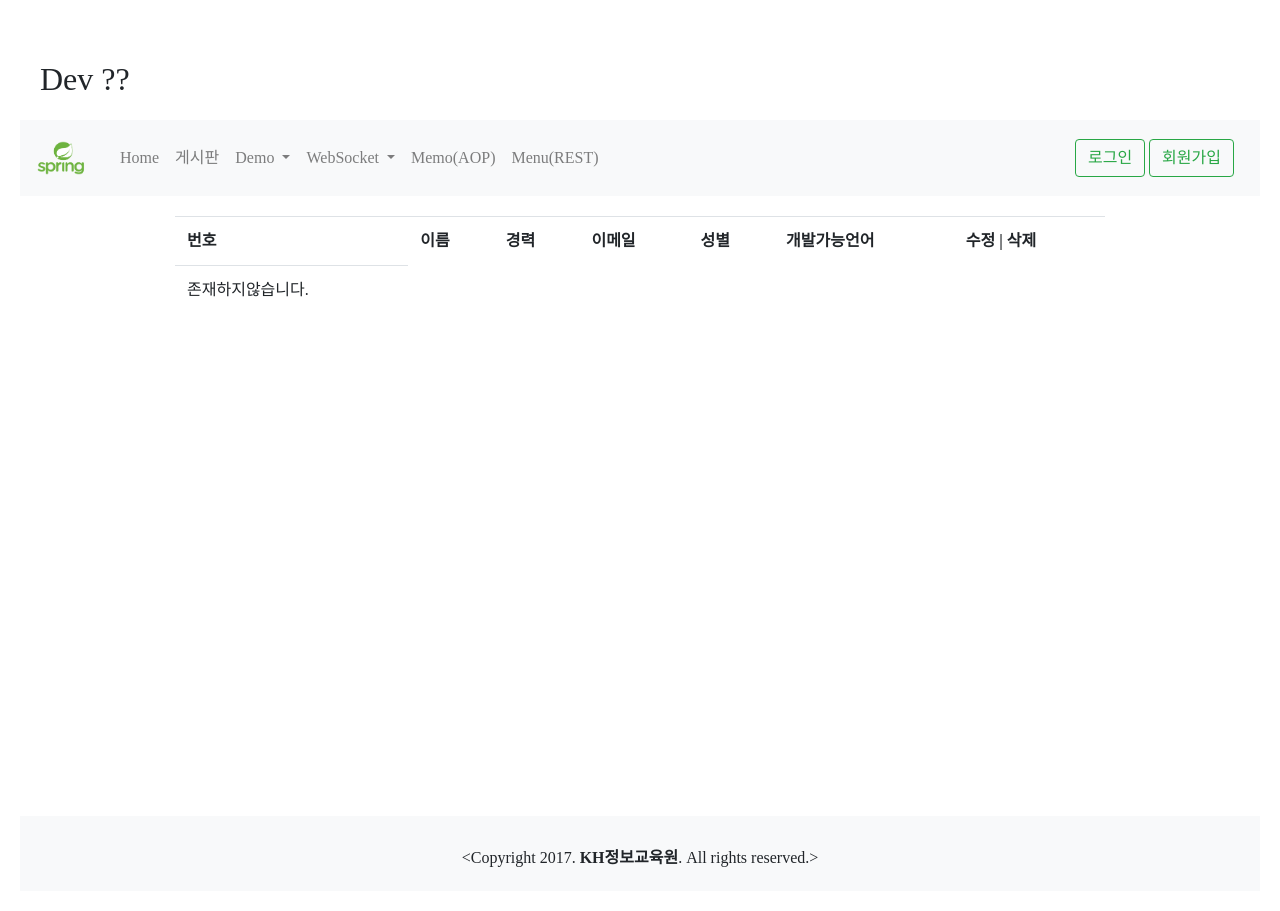
Repository: jsungl/SPRING-WORKSPACE
Page: http://localhost/hello-spring/WEB-INF/views/demo/devList.jsp
These files come from the project's save history. The page is drawn as it stood at one moment and after the next save; the edit follows.
The browser window is 1280 px wide. The pictures show the whole page.
The page is served by Tomcat 9. Nobody is signed in. Other server files are loaded and not shown. The template is opened directly, without the code that normally fills it, so the values that code supplies are empty.

Above is the page before, as saved 2021-05-18 15:11:40.

### hello-spring/src/main/webapp/WEB-INF/views/demo/devList.jsp
<%@ page language="java" contentType="text/html; charset=UTF-8"
    pageEncoding="UTF-8"%>
<%@ taglib prefix="c" uri="http://java.sun.com/jsp/jstl/core"%>
<%@ taglib prefix="fmt" uri="http://java.sun.com/jsp/jstl/fmt"%>
<%@ taglib prefix="fn" uri="http://java.sun.com/jsp/jstl/functions"%>
<jsp:include page="/WEB-INF/views/common/header.jsp">
	<jsp:param value="Dev 목록" name="title"/>
</jsp:include>
<table class="table w-75 mx-auto">
    <tr>
      <th scope="col">번호</th>
      <th scope="col">이름</th>
      <th scope="col">경력</th>
      <th scope="col">이메일</th>
      <th scope="col">성별</th>
      <th scope="col">개발가능언어</th>
      <th scope="col">수정 | 삭제</th>
    </tr>

   <c:if test="${empty list}">
   	<td>존재하지않습니다.</td>
   </c:if>

   <c:if test="${not empty list}">
	   <c:forEach items="${list}" var="dev">
	   	<tr>
	   		<td scope="row">${dev.no}</td>
	   		<td>${dev.name}</td>
	   		<td>${dev.career}</td>
	   		<td>${dev.email}</td>
	   		<td>${dev.gender}</td>
	   		<td>
	   			<c:forEach items="${dev.lang}" var="lang" varStatus="vs">
	   				${lang}${vs.last ? "" : ","}
	   			</c:forEach>
	   		</td>
	   		<td>
	   			<button class="btn btn-outline-secondary" onclick="updateDev(this);" data-no="${dev.no}">수정</button>
	   			<button class="btn btn-outline-danger" onclick="deleteDev(this);" data-no="${dev.no}">삭제</button>
	   		</td>
	   	</tr>
	   </c:forEach>
   </c:if>



</table>
<form id="deleteFrm">
	<input type="hidden" name="no" />
</form>

<script>
	function updateDev() {
		//GET방식 /demo/updateDev?no=123 ---> devUpdateForm.jsp
		//POST  /demo/updateDev ---> redirect:/demo/devList.do


	}

	function deleteDev(e) {
		//POST  /demo/deleteDev.do ---> redirect:/demo/devList.do
		var no = $(e).data("no");
		var $deleteFrm = $("#deleteFrm");
		$deleteFrm.attr("action","${pageContext.request.contextPath}/demo/deleteDev.do")
			   	  .attr("method","POST")
			   	  .find("[name=no]").val(no);
		$deleteFrm.submit();
	}


</script>
<jsp:include page="/WEB-INF/views/common/footer.jsp"></jsp:include>

### hello-spring/src/main/webapp/WEB-INF/views/common/header.jsp
<%@ page language="java" contentType="text/html; charset=UTF-8"
    pageEncoding="UTF-8"%>
<%@ taglib prefix="c" uri="http://java.sun.com/jsp/jstl/core"%>
<%@ taglib prefix="fmt" uri="http://java.sun.com/jsp/jstl/fmt"%>
<%@ taglib prefix="fn" uri="http://java.sun.com/jsp/jstl/functions"%>
<!DOCTYPE html>
<html>
<head>
<meta charset="UTF-8">
<title>${param.title}</title>

<script src="http://code.jquery.com/jquery-latest.min.js"></script>

<!-- bootstrap js: jquery load 이후에 작성할것.-->
<script src="https://cdnjs.cloudflare.com/ajax/libs/popper.js/1.14.3/umd/popper.min.js" integrity="sha384-ZMP7rVo3mIykV+2+9J3UJ46jBk0WLaUAdn689aCwoqbBJiSnjAK/l8WvCWPIPm49" crossorigin="anonymous"></script>
<script src="https://stackpath.bootstrapcdn.com/bootstrap/4.1.3/js/bootstrap.min.js" integrity="sha384-ChfqqxuZUCnJSK3+MXmPNIyE6ZbWh2IMqE241rYiqJxyMiZ6OW/JmZQ5stwEULTy" crossorigin="anonymous"></script>

<!-- bootstrap css -->
<link rel="stylesheet" href="https://stackpath.bootstrapcdn.com/bootstrap/4.1.0/css/bootstrap.min.css" integrity="sha384-9gVQ4dYFwwWSjIDZnLEWnxCjeSWFphJiwGPXr1jddIhOegiu1FwO5qRGvFXOdJZ4" crossorigin="anonymous">

<!-- 사용자작성 css -->
<link rel="stylesheet" href="${pageContext.request.contextPath }/resources/css/style.css" />

<%-- <c:if test="${not empty msg}">
<script>
	alert("${msg}");
</script>

</c:if> --%>

</head>
<body>
<div id="container">
	<header>
		<div id="header-container">
			<h2>${param.title}</h2>
		</div>
		<!-- https://getbootstrap.com/docs/4.0/components/navbar/ -->
		<nav class="navbar navbar-expand-lg navbar-light bg-light">
			<a class="navbar-brand" href="#">
				<img src="${pageContext.request.contextPath }/resources/images/logo-spring.png" alt="스프링로고" width="50px" />
			</a>
			<button class="navbar-toggler" type="button" data-toggle="collapse" data-target="#navbarNav" aria-controls="navbarNav" aria-expanded="false" aria-label="Toggle navigation">
				<span class="navbar-toggler-icon"></span>
		  	</button>
			<div class="collapse navbar-collapse" id="navbarNav">
				<ul class="navbar-nav mr-auto">
			    	<li class="nav-item"><a class="nav-link" href="${pageContext.request.contextPath}">Home</a></li>
                    <li class="nav-item"><a class="nav-link" href="${pageContext.request.contextPath}/board/boardList.do">게시판</a></li>
                    <!-- 데모메뉴 DropDown -->
                    <!--https://getbootstrap.com/docs/4.1/components/navbar/#supported-content-->
                    <li class="nav-item dropdown">
                        <a class="nav-link dropdown-toggle" href="#" id="navbarDropdown" role="button" data-toggle="dropdown" aria-haspopup="true" aria-expanded="false">
                            Demo
                        </a>
                        <div class="dropdown-menu" aria-labelledby="navbarDropdown">
                            <a class="dropdown-item" href="${pageContext.request.contextPath}/demo/devForm.do">Dev 등록</a>
                            <a class="dropdown-item" href="${pageContext.request.contextPath}/demo/devList.do">Dev 목록</a>
                        </div>
				    </li>
				    <!-- 웹소켓 -->
				    <li class="nav-item dropdown">
                        <a class="nav-link dropdown-toggle" href="#" id="navbarDropdown" role="button" data-toggle="dropdown" aria-haspopup="true" aria-expanded="false">
                            WebSocket
                        </a>
                        <div class="dropdown-menu" aria-labelledby="navbarDropdown">
                            <a class="dropdown-item" href="${pageContext.request.contextPath}/ws/websocket.do">WebSocket</a>
                            <a class="dropdown-item" href="${pageContext.request.contextPath}/ws/sockjs.do">Sock.js</a>
                            <a class="dropdown-item" href="${pageContext.request.contextPath}/ws/stomp.do">Stomp</a>
                        </div>
				    </li>
				    <li class="nav-item"><a class="nav-link" href="${pageContext.request.contextPath}/memo/memo.do">Memo(AOP)</a></li>
				    <li class="nav-item"><a class="nav-link" href="${pageContext.request.contextPath}/menu/menu.do">Menu(REST)</a></li>
			    </ul>
			    <c:if test="${loginMember == null}">
			    <%-- 로그인 이전 --%>
			    <button class="btn btn-outline-success my-2 my-sm-0" type="button" onclick="location.href='${pageContext.request.contextPath}/member/memberLogin.do';">
			    	로그인
			    </button>
                &nbsp;
                <button class="btn btn-outline-success my-2 my-sm-0" type="button" onclick="location.href='${pageContext.request.contextPath}/member/memberEnroll.do';">
                	회원가입
                </button>
                </c:if>
                <c:if test="${loginMember != null}">
                <%-- 로그인 이후 --%>
			    <span><a href="${pageContext.request.contextPath}/member/memberDetail.do">${loginMember.name}</a>님, 안녕하세요</span>
			    &nbsp;
			    <button
			    	class="btn btn-outline-success my-2 my-sm-0"
			    	onclick="location.href='${pageContext.request.contextPath}/member/memberLogout.do';"
			    	type="button" >로그아웃</button>
			    </c:if>
			 </div>
		</nav>
	</header>
	<section id="content">
	<c:if test="${not empty msg}">
		<div class="alert alert-warning alert-dismissible fade show" role="alert">
		  <strong>${msg}</strong>
		  <button type="button" class="close" data-dismiss="alert" aria-label="Close">
		    <span aria-hidden="true">&times;</span>
		  </button>
		</div>
	</c:if>

### hello-spring/src/main/webapp/WEB-INF/views/common/footer.jsp
<%@ page language="java" contentType="text/html; charset=UTF-8"
    pageEncoding="UTF-8"%>
</section>
	<footer>
		<p>&lt;Copyright 2017. <strong>KH정보교육원</strong>. All rights reserved.&gt;</p>
	</footer>

</div>
</body>
</html>

### hello-spring/src/main/webapp/resources/css/style.css
@CHARSET "UTF-8";
body {font-family:"휴먼모음T";}
div, section, header, aside, footer {padding:10px;}

/********** 전체컨테이너 **********/
div#container	{}

/********** header **********/
header div#header-container {height:100px;}
header div#header-container h2 	{margin:30px 10px 0px 10px;}


/********** content **********/
section#content		{min-height:600px;}


/********** footer **********/
footer	{background-color:#f8f9fa; background-clip:content-box; clear:both; height:95px; text-align:center;}
footer p 	{margin-top:30px;}

After the next save:
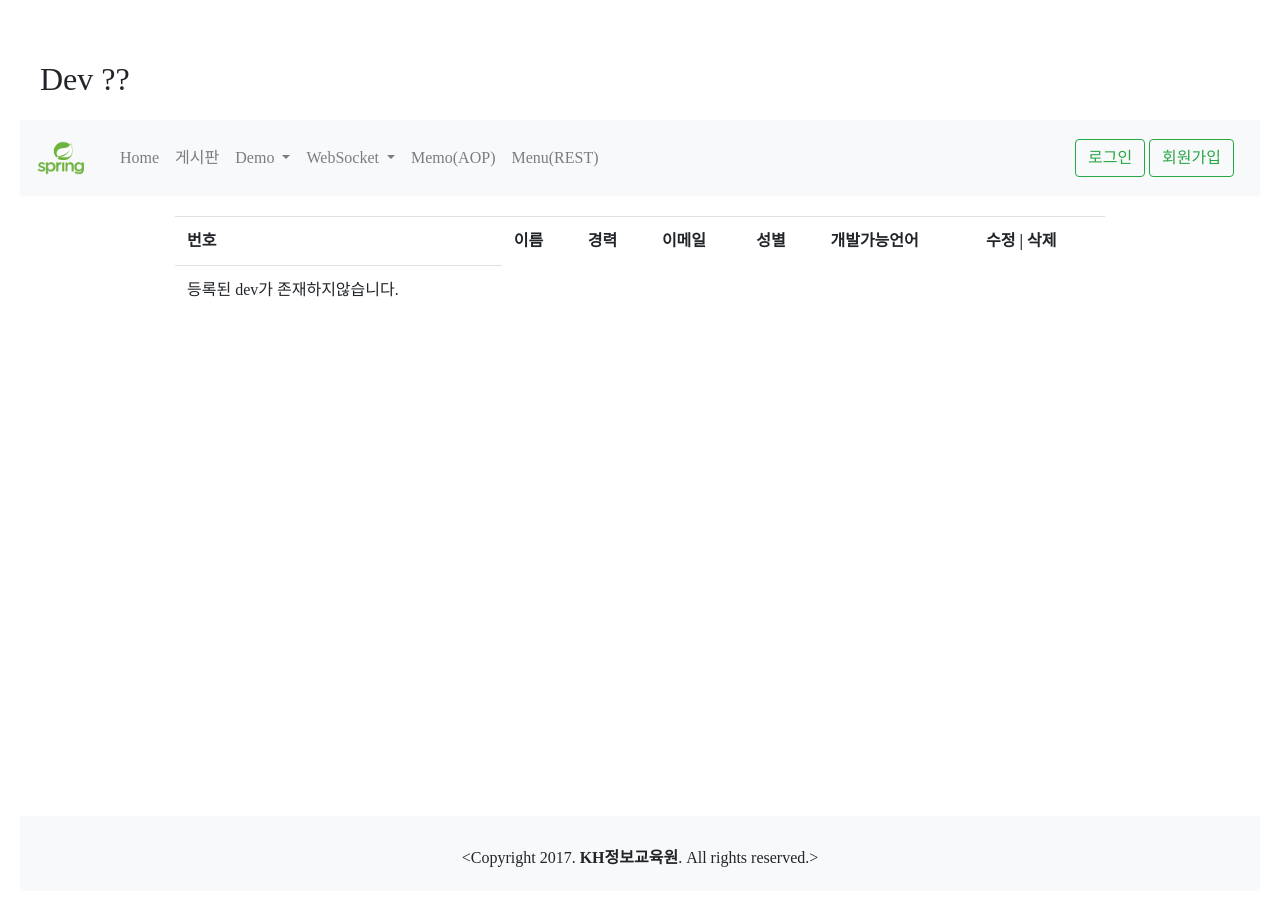
Saved 8 min 23 s later.
--- a/hello-spring/src/main/webapp/WEB-INF/views/demo/devList.jsp
+++ b/hello-spring/src/main/webapp/WEB-INF/views/demo/devList.jsp
@@ -18,7 +18,7 @@
     </tr>
 
    <c:if test="${empty list}">
-   	<td>존재하지않습니다.</td>
+   	<td>등록된 dev가 존재하지않습니다.</td>
    </c:if>
 
    <c:if test="${not empty list}">
